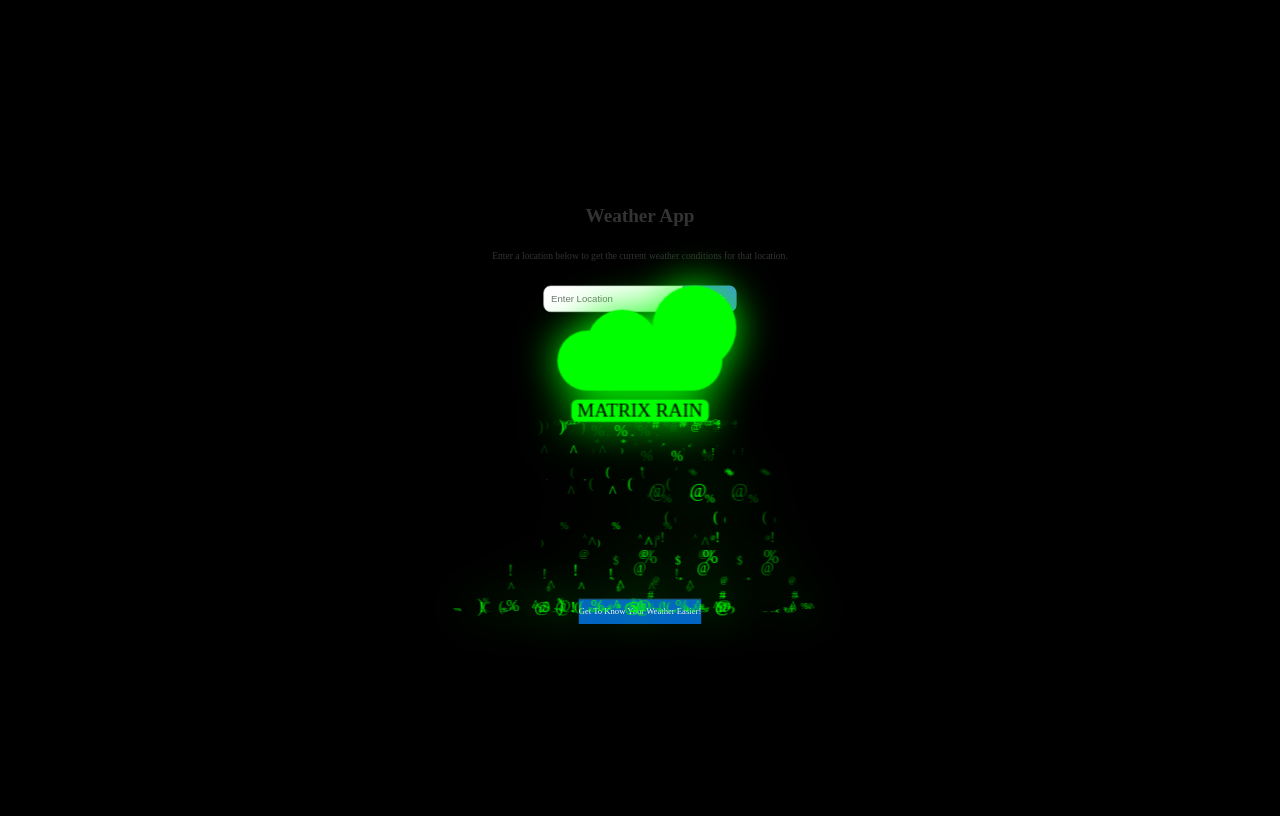
Repository: AlaaYou/Weather-App
Page: index.html
These files come from the project's save history. The page is drawn as it stood at one moment and after the next save; the edit follows.
The browser window is 1280 px wide. The pictures show the whole page.

Above is the page before, as saved 2024-10-20 23:46:32.

After the next save:
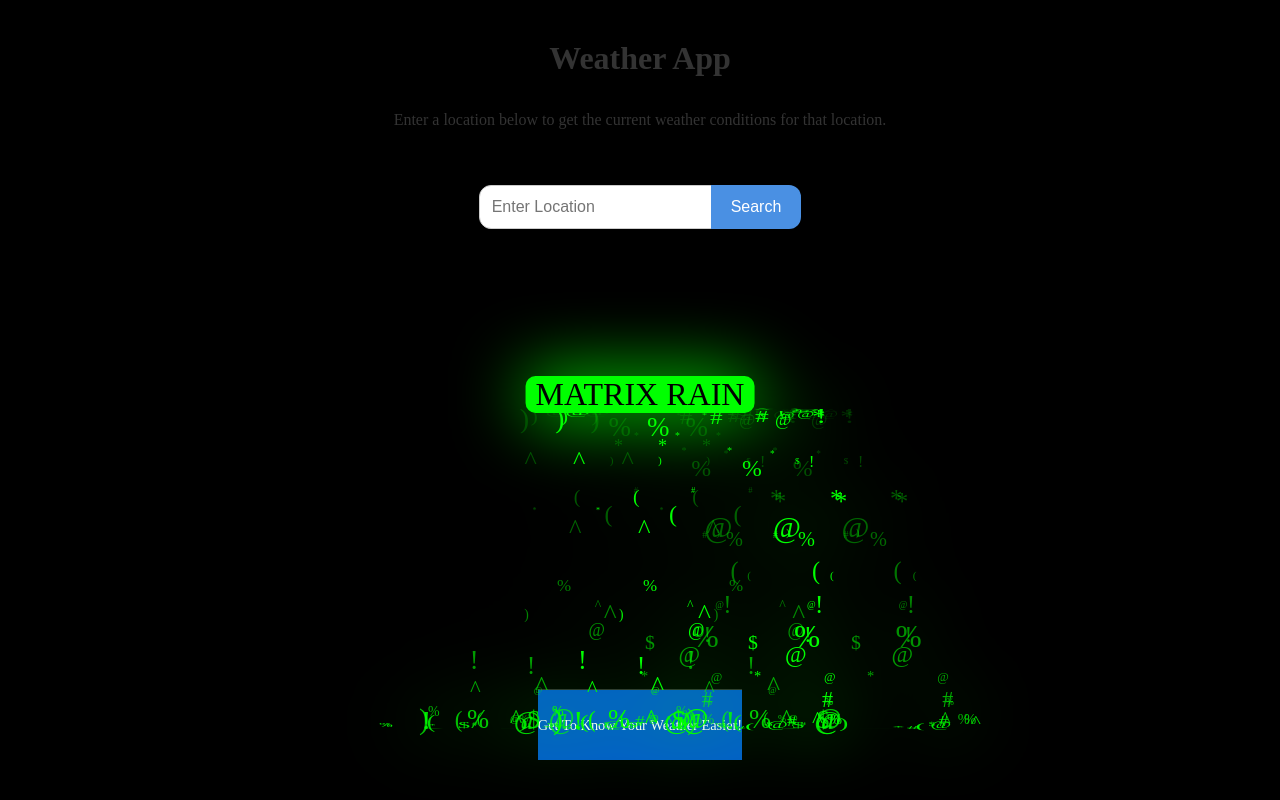
Saved 58 s later.
--- a/styles.css
+++ b/styles.css
@@ -1,12 +1,11 @@
 @import url('https://fonts.googleapis.com/css2?family=Poppins:ital,wght@0,100;0,200;0,300;0,400;0,500;0,600;0,700;0,800;0,900;1,100;1,200;1,300;1,400;1,500;1,600;1,700;1,800;1,900&display=swap');
 
-body,
-h1,
-:root{
+:root {
   --clr: #0f0;
 }
 
-p {
+body,
+h1 {
   margin: 0;
   padding: 0;
 }
@@ -14,15 +13,12 @@
 body {
   display: flex;
   flex-direction: column;
-  min-height: 90vh;
-  background-color: #f0f1f6;
-  padding: 40px 0;
+  min-height: 100vh;
+  background: #000;
   color: #333;
   justify-content: center;
   align-items: center;
-  min-height: 100vh;
-  background: #000;
-  transform: scale(0.6);
+  padding: 40px 0;
 }
 
 main {
@@ -49,9 +45,10 @@
   width: auto;
   margin-right: -1px;
 }
+
 button {
   background-color: #4a90e3;
-  color: #ffff;
+  color: #fff;
   border: none;
   border-radius: 0 12px 12px 0;
   padding: 13px 20px;
@@ -87,48 +84,42 @@
   font-size: 1.2em;
   margin-top: 20px;
 }
+
 #loading {
   color: #4a90e3;
 }
+
 #error {
   color: red;
 }
+
 footer {
   text-align: center;
   background-color: #035dcb;
-  color: #ffff;
+  color: #fff;
   padding: 12px 0;
   border-top: 1px solid #333;
   font-size: 0.9em;
 }
+
 .container {
   position: relative;
   top: 100px;
   height: 400px;
   width: 100%;
   display: flex;
-  justify-content: center;
-  animation: animateColor 5s linear infinite ;
+  justify-content: center; /* Center the cloud */
+  animation: animateColor 5s linear infinite;
 }
 
-@keyframes animateColor {
-  0%{
-      filter: hue-rotate(0deg);
-  }
-  100%{
-      filter: hue-rotate(360deg);
-  }
-}
-
-.container .cloud {
+.cloud {
   position: relative;
-  width: 300px;
-  /* height: 300px; */
+  width: 200px; /* Adjusted width to fit better */
   z-index: 100;
   filter: drop-shadow(0 0 35px var(--clr));
 }
 
-.container .cloud h2 {
+.cloud h2 {
   position: absolute;
   left: 50%;
   transform: translateX(-50%);
@@ -137,71 +128,54 @@
   font-size: 2em;
   z-index: 1000;
   font-weight: 400;
-  padding:0 10px;
+  padding: 0 10px;
   border-radius: 10px;
   text-transform: uppercase;
   background: var(--clr);
 }
 
-.container .cloud h2::before {
-  content: '';
-  position: absolute;
-  top: -115px;
-  left: 50%;
-  transform: translateX(-50%);
-  border-radius: 100px;
-  width: 120%;
-  height: 100px;
-  background: var(--clr);
+@keyframes animateColor {
+  0% {
+    filter: hue-rotate(0deg);
+  }
+  100% {
+    filter: hue-rotate(360deg);
+  }
 }
 
-.container .cloud h2::after{
-  content: '';
+.cloud .drop {
   position: absolute;
-  top: -150px;
-  left: 25px;
-  width: 120px;
-  height: 120px;
-  border-radius: 50%;
-  background: var(--clr);
-  box-shadow: 120px -30px 0 10px var(--clr);
-}
-
-.container .cloud .drop{
-position: absolute;
-top: 60px;
-height: 20px;
-line-height: 20px;
-color: var(--clr);
-transform-origin: bottom;
-animation: animate 2s linear infinite;
+  top: 60px;
+  height: 20px;
+  line-height: 20px;
+  color: var(--clr);
+  transform-origin: bottom;
+  animation: animate 2s linear infinite;
 }
 
 @keyframes animate {
-  0%{
-      transform: translateY(0) scaleY(0);
-      transform-origin: top;
+  0% {
+    transform: translateY(0) scaleY(0);
+    transform-origin: top;
   }
-  10%{
-      transform: translateY(0) scaleY(0.25);
-      transform-origin: top;
+  10% {
+    transform: translateY(0) scaleY(0.25);
+    transform-origin: top;
   }
-  20%{
-      transform: translateY(0) scaleY(1);
-      /* transform-origin: top; */
+  20% {
+    transform: translateY(0) scaleY(1);
   }
-
-  70%{
-      transform: translateY(300px) scaleY(1);
-      transform-origin: bottom;
+  70% {
+    transform: translateY(300px) scaleY(1);
+    transform-origin: bottom;
   }
-  80%{
-      transform: translateY(300px) scaleY(1);
-      transform-origin: bottom;
+  80% {
+    transform: translateY(300px) scaleY(1);
+    transform-origin: bottom;
   }
-  100%{
-      transform: translateY(300px) scaleY(0);
-      transform-origin: bottom;
-      text-shadow: -180px 0 0 var(--clr), 180px 0 var(--clr);
+  100% {
+    transform: translateY(300px) scaleY(0);
+    transform-origin: bottom;
+    text-shadow: -180px 0 0 var(--clr), 180px 0 var(--clr);
   }
 }

After the save that followed:
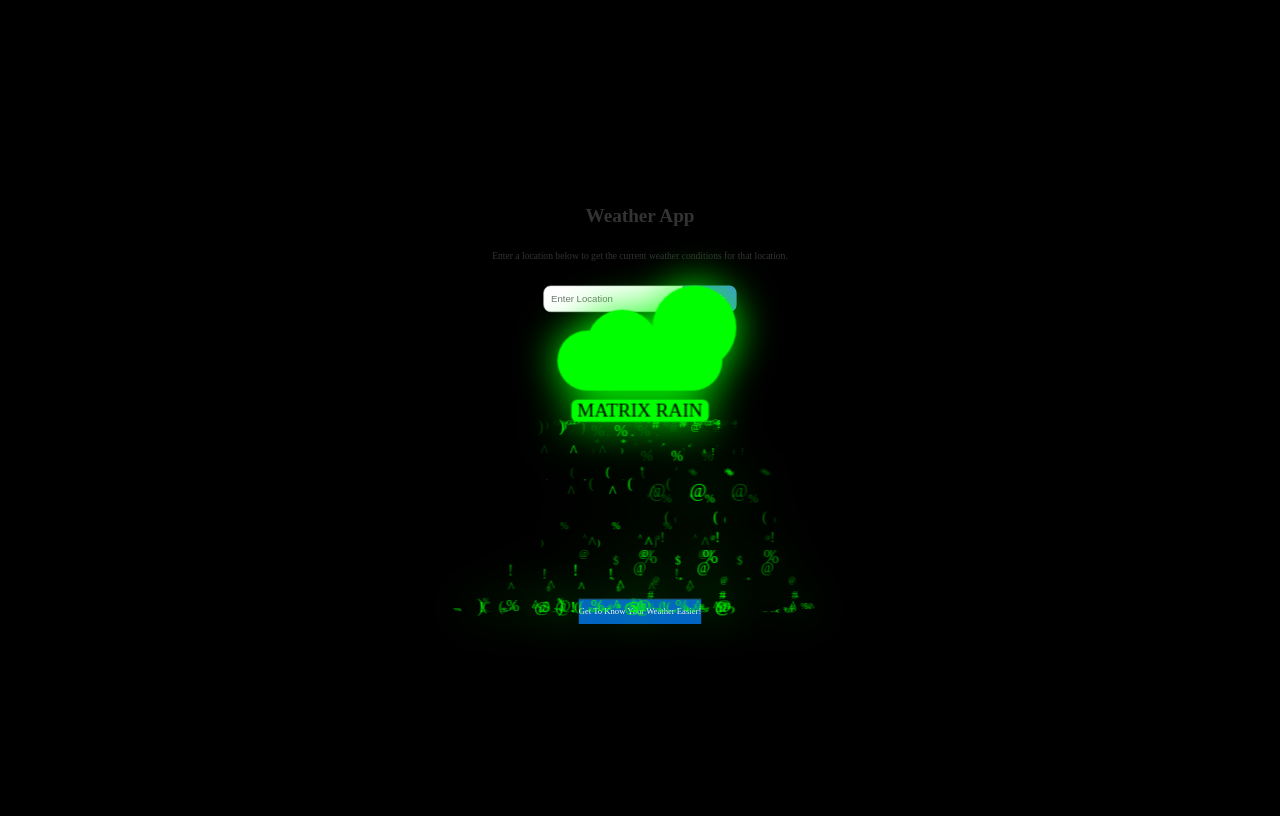
Saved 9 s later.
--- a/styles.css
+++ b/styles.css
@@ -1,11 +1,12 @@
 @import url('https://fonts.googleapis.com/css2?family=Poppins:ital,wght@0,100;0,200;0,300;0,400;0,500;0,600;0,700;0,800;0,900;1,100;1,200;1,300;1,400;1,500;1,600;1,700;1,800;1,900&display=swap');
 
-:root {
+body,
+h1,
+:root{
   --clr: #0f0;
 }
 
-body,
-h1 {
+p {
   margin: 0;
   padding: 0;
 }
@@ -13,12 +14,15 @@
 body {
   display: flex;
   flex-direction: column;
-  min-height: 100vh;
-  background: #000;
+  min-height: 90vh;
+  background-color: #f0f1f6;
+  padding: 40px 0;
   color: #333;
   justify-content: center;
   align-items: center;
-  padding: 40px 0;
+  min-height: 100vh;
+  background: #000;
+  transform: scale(0.6);
 }
 
 main {
@@ -45,10 +49,9 @@
   width: auto;
   margin-right: -1px;
 }
-
 button {
   background-color: #4a90e3;
-  color: #fff;
+  color: #ffff;
   border: none;
   border-radius: 0 12px 12px 0;
   padding: 13px 20px;
@@ -84,42 +87,48 @@
   font-size: 1.2em;
   margin-top: 20px;
 }
-
 #loading {
   color: #4a90e3;
 }
-
 #error {
   color: red;
 }
-
 footer {
   text-align: center;
   background-color: #035dcb;
-  color: #fff;
+  color: #ffff;
   padding: 12px 0;
   border-top: 1px solid #333;
   font-size: 0.9em;
 }
-
 .container {
   position: relative;
   top: 100px;
   height: 400px;
   width: 100%;
   display: flex;
-  justify-content: center; /* Center the cloud */
-  animation: animateColor 5s linear infinite;
-}
-
-.cloud {
+  justify-content: center;
+  animation: animateColor 5s linear infinite ;
+}
+
+@keyframes animateColor {
+  0%{
+      filter: hue-rotate(0deg);
+  }
+  100%{
+      filter: hue-rotate(360deg);
+  }
+}
+
+.container .cloud {
   position: relative;
-  width: 200px; /* Adjusted width to fit better */
+  width: 300px;
+  /* height: 300px; */
   z-index: 100;
   filter: drop-shadow(0 0 35px var(--clr));
 }
 
-.cloud h2 {
+.container .cloud h2 {
   position: absolute;
   left: 50%;
   transform: translateX(-50%);
@@ -128,54 +137,71 @@
   font-size: 2em;
   z-index: 1000;
   font-weight: 400;
-  padding: 0 10px;
+  padding:0 10px;
   border-radius: 10px;
   text-transform: uppercase;
   background: var(--clr);
 }
 
-@keyframes animateColor {
-  0% {
-    filter: hue-rotate(0deg);
-  }
-  100% {
-    filter: hue-rotate(360deg);
-  }
-}
-
-.cloud .drop {
+.container .cloud h2::before {
+  content: '';
   position: absolute;
-  top: 60px;
-  height: 20px;
-  line-height: 20px;
-  color: var(--clr);
-  transform-origin: bottom;
-  animation: animate 2s linear infinite;
+  top: -115px;
+  left: 50%;
+  transform: translateX(-50%);
+  border-radius: 100px;
+  width: 120%;
+  height: 100px;
+  background: var(--clr);
+}
+
+.container .cloud h2::after{
+  content: '';
+  position: absolute;
+  top: -150px;
+  left: 25px;
+  width: 120px;
+  height: 120px;
+  border-radius: 50%;
+  background: var(--clr);
+  box-shadow: 120px -30px 0 10px var(--clr);
+}
+
+.container .cloud .drop{
+position: absolute;
+top: 60px;
+height: 20px;
+line-height: 20px;
+color: var(--clr);
+transform-origin: bottom;
+animation: animate 2s linear infinite;
 }
 
 @keyframes animate {
-  0% {
-    transform: translateY(0) scaleY(0);
-    transform-origin: top;
-  }
-  10% {
-    transform: translateY(0) scaleY(0.25);
-    transform-origin: top;
-  }
-  20% {
-    transform: translateY(0) scaleY(1);
-  }
-  70% {
-    transform: translateY(300px) scaleY(1);
-    transform-origin: bottom;
-  }
-  80% {
-    transform: translateY(300px) scaleY(1);
-    transform-origin: bottom;
-  }
-  100% {
-    transform: translateY(300px) scaleY(0);
-    transform-origin: bottom;
-    text-shadow: -180px 0 0 var(--clr), 180px 0 var(--clr);
-  }
-}
+  0%{
+      transform: translateY(0) scaleY(0);
+      transform-origin: top;
+  }
+  10%{
+      transform: translateY(0) scaleY(0.25);
+      transform-origin: top;
+  }
+  20%{
+      transform: translateY(0) scaleY(1);
+      /* transform-origin: top; */
+  }
+
+  70%{
+      transform: translateY(300px) scaleY(1);
+      transform-origin: bottom;
+  }
+  80%{
+      transform: translateY(300px) scaleY(1);
+      transform-origin: bottom;
+  }
+  100%{
+      transform: translateY(300px) scaleY(0);
+      transform-origin: bottom;
+      text-shadow: -180px 0 0 var(--clr), 180px 0 var(--clr);
+  }
+}
